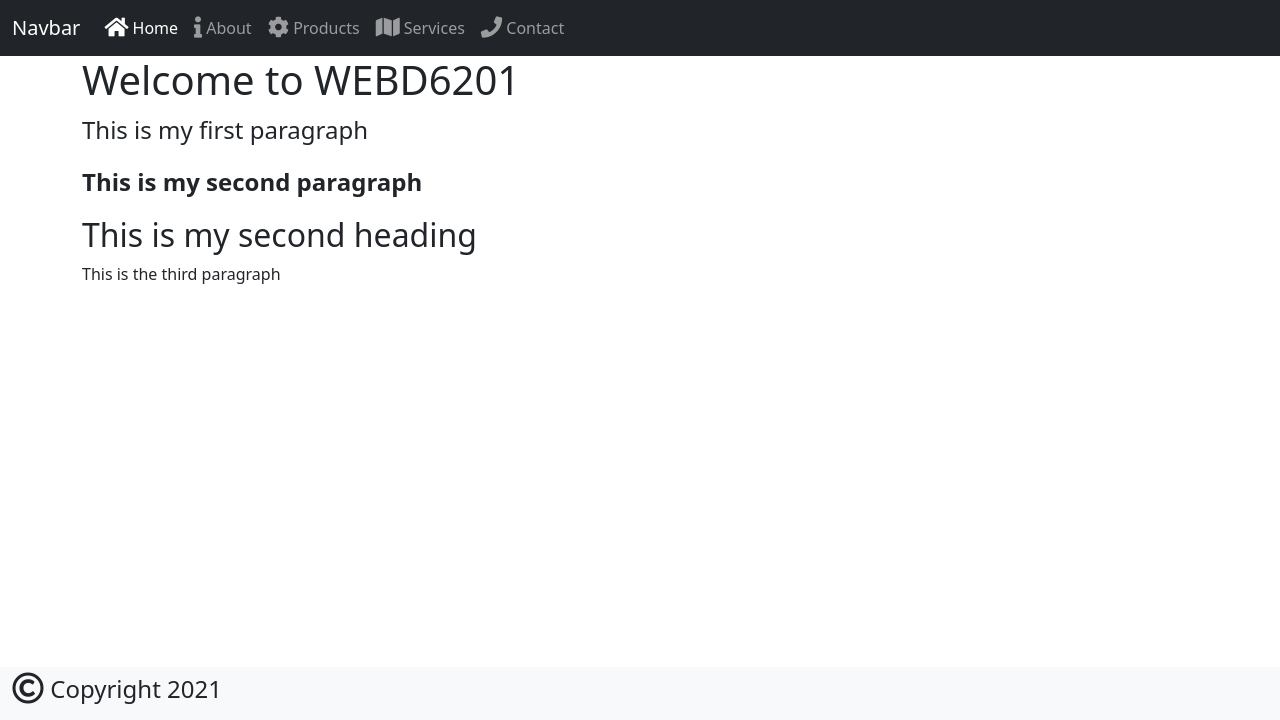
Repository: evanpalmer002/WEBD6201-ICE4
Page: index.html
These files come from the project's save history. The page is drawn as it stood at one moment and after the next save; the edit follows.
The browser window is 1280 px wide. The pictures show the whole page.

Above is the page before, as saved 2021-01-20 15:41:42.

After the next save:
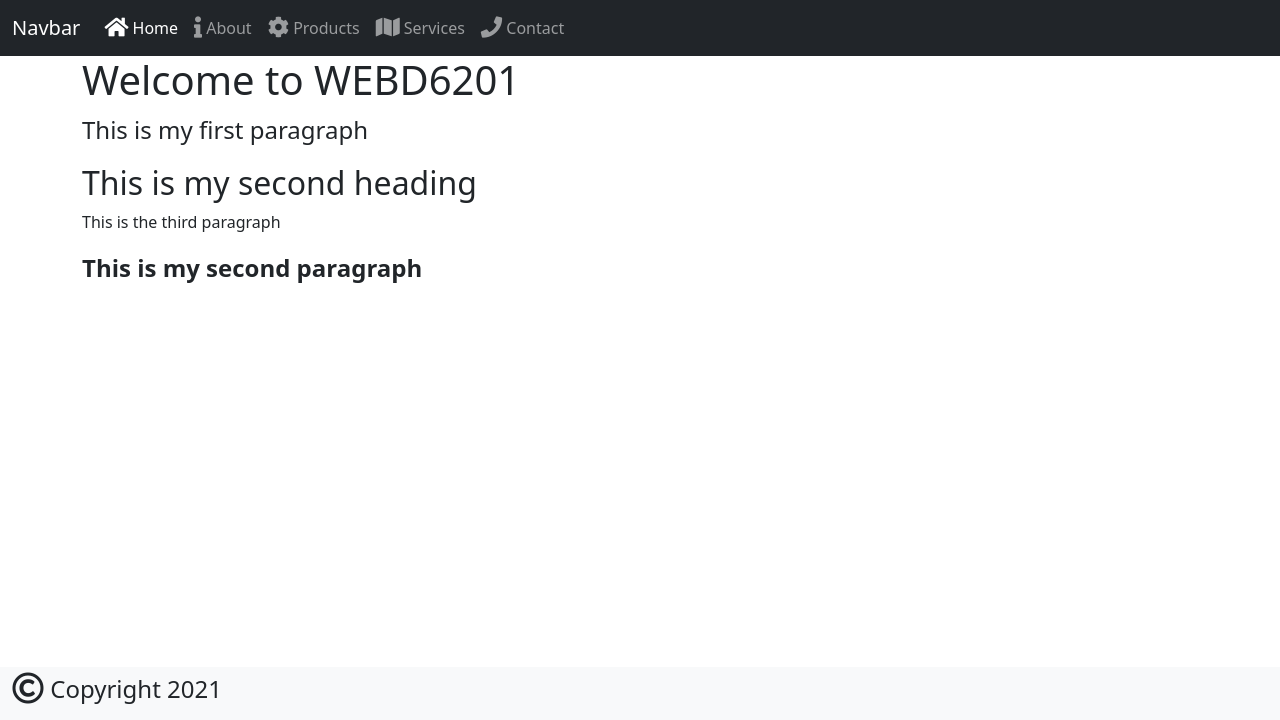
Saved 5 min 30 s later.
--- a/Scripts/app.js
+++ b/Scripts/app.js
@@ -32,7 +32,9 @@
         <p #id = paragraphThree> This is the third paragraph </p>`;
 
 
-        mainContent.append(newDivTag);
+        //mainContent.append(newDivTag);
+
+        paragraphOne.after(newDivTag);
     }
 
     window.addEventListener("load", Start);
